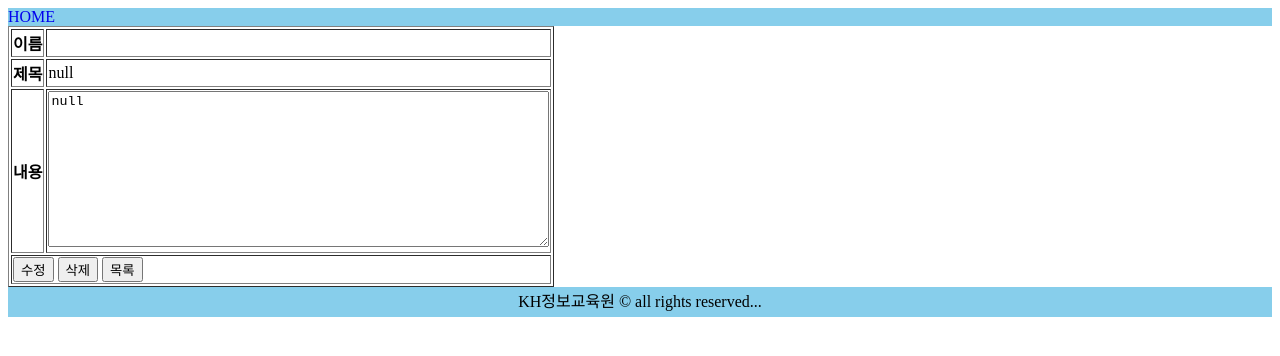
Repository: ChoHyeonJunn/Workspace_WEB
Page: http://localhost/jsp09_mvc_requri/mydetail.jsp
An editor plug-in stored every save of this project. The page is shown before and after the next save, followed by the edit.
The browser window is 1280 px wide. The pictures show the whole page.
The page is served by Tomcat 9.

Above is the page before, as saved 2020-01-17 10:05:51.

After the next save:
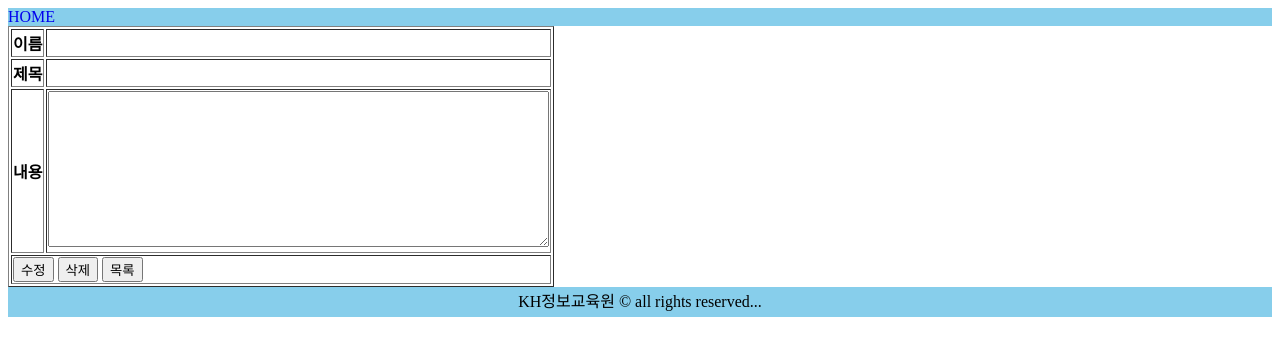
Saved 17 s later.
--- a/jsp09_mvc_requri/WebContent/mydetail.jsp
+++ b/jsp09_mvc_requri/WebContent/mydetail.jsp
@@ -26,11 +26,11 @@
 			</tr>
 			<tr>
 				<th>제목</th>
-				<td><jsp:getProperty property="TITLE" name="dto"/>${dto.TITLE }</td>
+				<td>${dto.TITLE }</td>
 			</tr>
 			<tr>
 				<th>내용</th>
-				<td><textarea rows="10" cols="60" readonly = "readonly"><jsp:getProperty property="CONTENT" name="dto"/>${dto.CONTENT }</textarea></td>
+				<td><textarea rows="10" cols="60" readonly = "readonly">${dto.CONTENT }</textarea></td>
 			</tr>
 			<tr>
 				<td colspan = "2">
